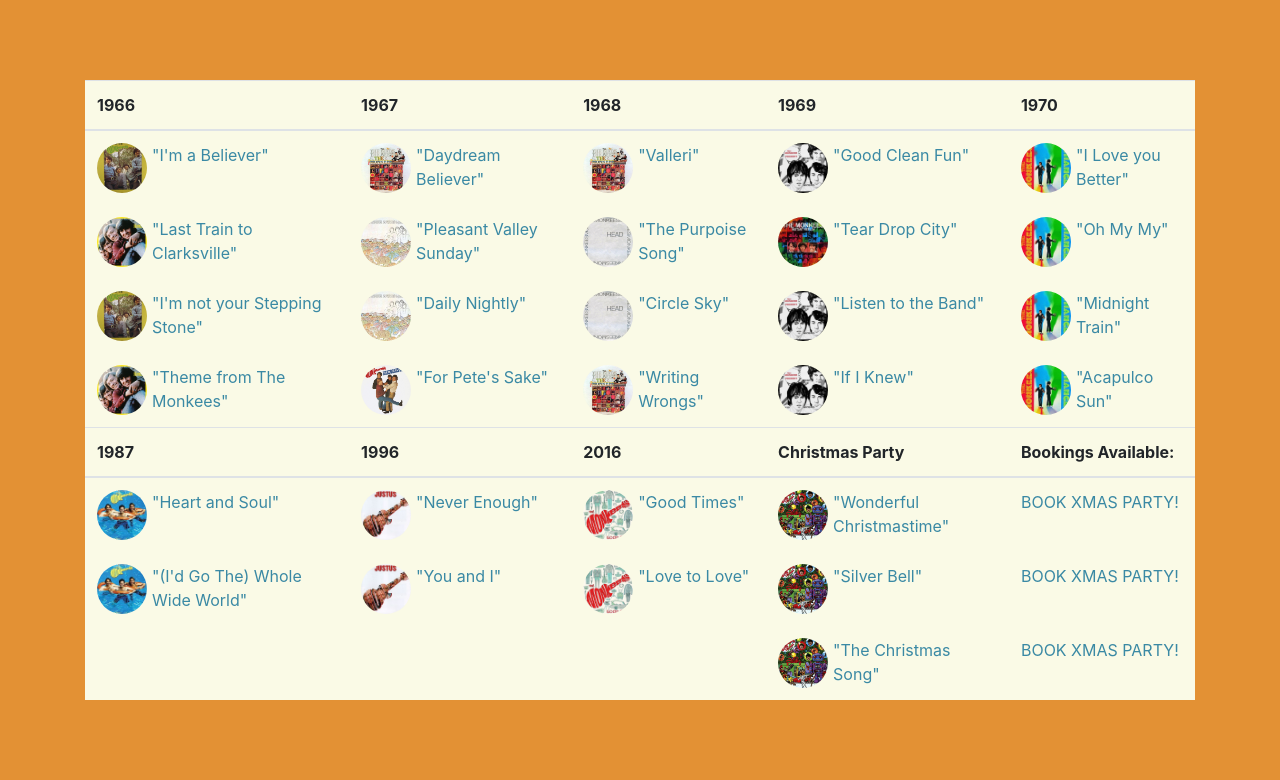
Repository: stu1612/Milestone-Project-Stu-Bolderson
Page: mock-content/content.html
The author's editor kept a record of every edit. The page is drawn from the files as they stood at one moment, then again after the next edit.
The browser window is 1280 px wide. The pictures show the whole page.
Some web libraries are served in a nearby version.

Above is the page before.

After the next edit:
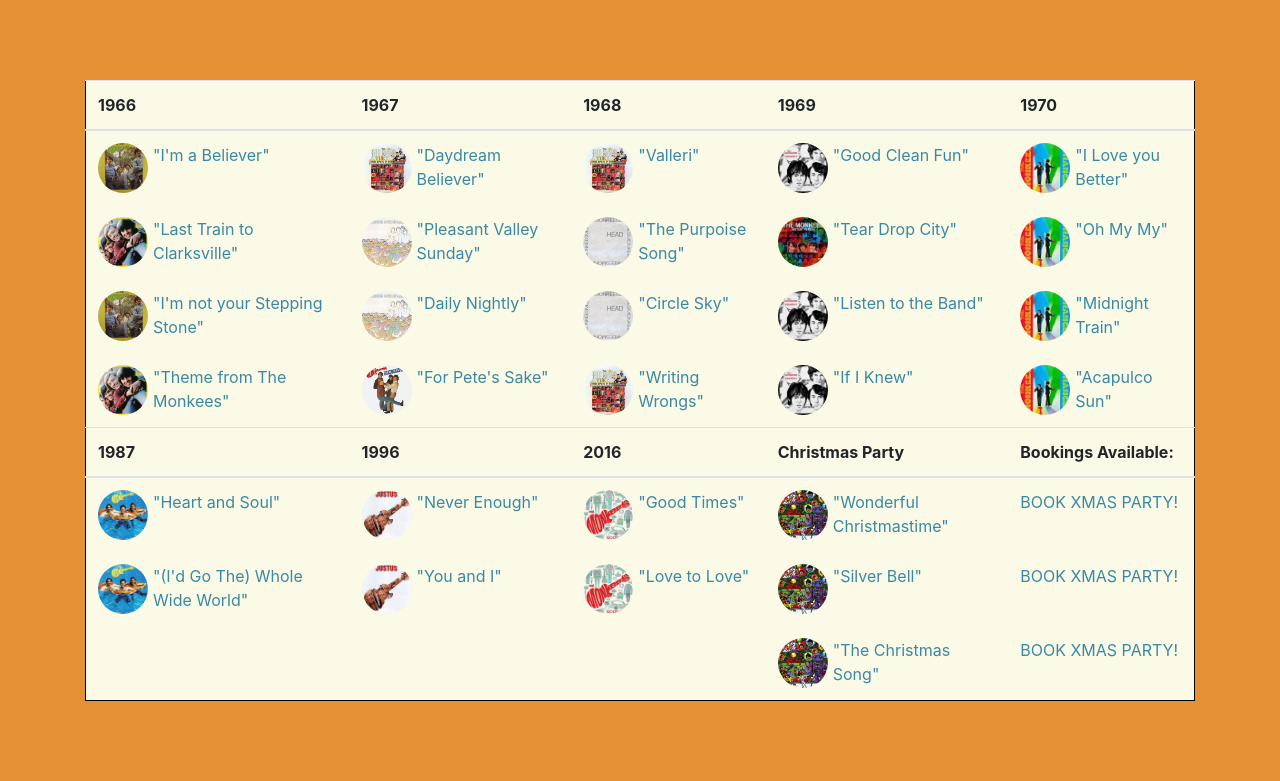
The edit:
--- a/mock-content/content.html
+++ b/mock-content/content.html
@@ -19,8 +19,8 @@
       <div class="container" id="playlist-background-color">
           <div class="table-responsive d-none d-lg-block">
               <table class="table">
-                  <thead>
-                      <tr>
+                  <thead style="border:1px solid black">
+                      <tr class="top-playlist-row">
                           <th>1966</th>
                           <th>1967</th>
                           <th>1968</th>
